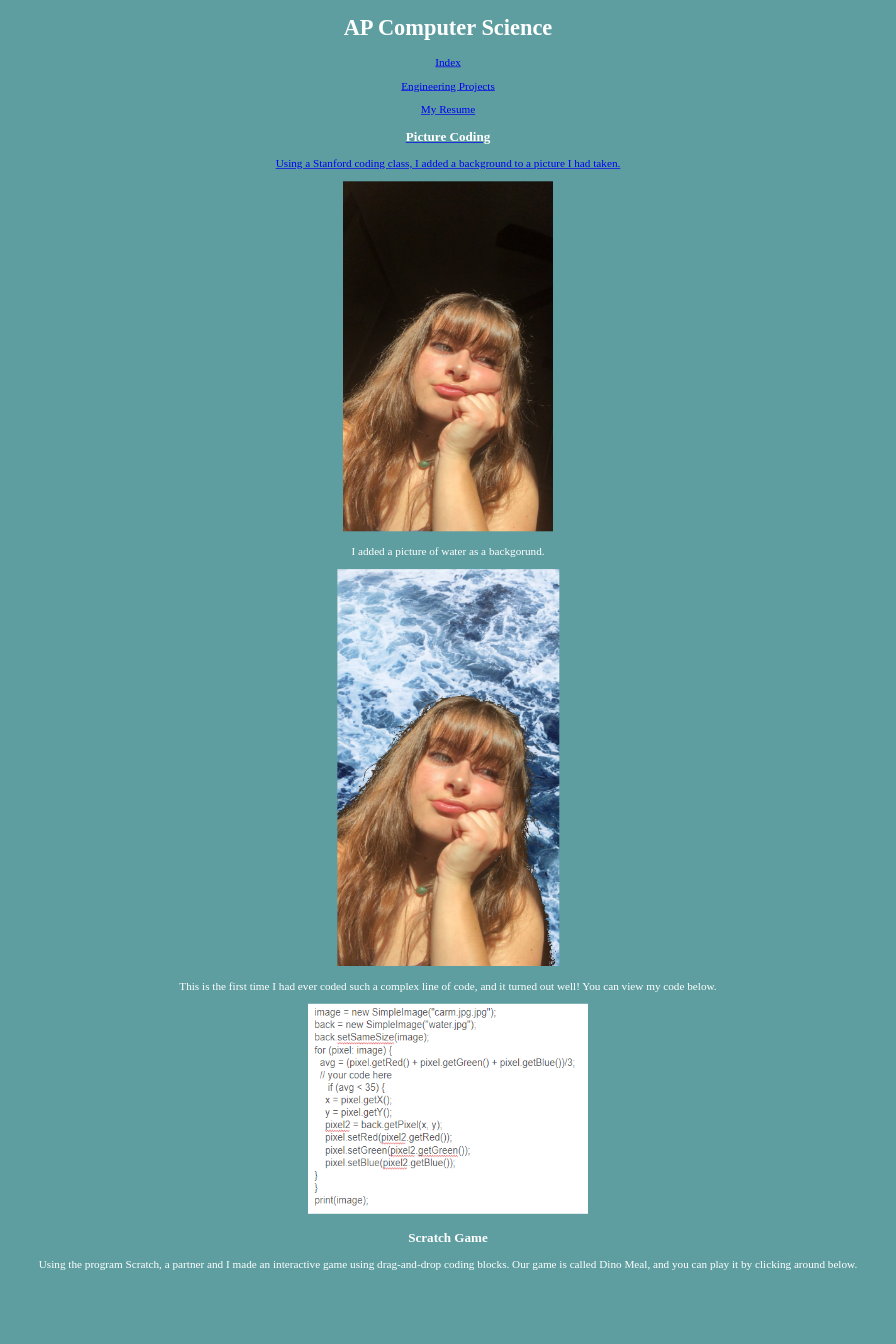
Repository: cdzendzel/cdzendzel.github.io
Page: apcs.html
The author's editor kept a record of every edit. The page is drawn from the files as they stood at one moment, then again after the next edit.
The browser window is 1280 px wide. The pictures show the part of the page from y = 0 to 1920 px (the page is 2910 px tall), at 70% of full size.
Pictures or frames that could not be fetched are drawn as grey boxes.

Above is the page before.

### apcs.html


<!DOCTYPE html>
<html>
     <body style="background-color:cadetblue;">
<head>
<title>Carmela's Webpage</title>
</head>
<body>


<h1 style="text-align:center; color:white;">AP Computer Science</h1>
<p style="text-align:center; color:white;"><a href="index.html" target = "_blank">Index</a></p>
<p style="text-align:center; color:white;"><a href="engineering.html" target = "_blank">Engineering Projects</p>
<p style="text-align:center; color:white;"><a href="resume.html" target = "_blank">My Resume</p>

</body>
<h3 style="text-align:center; color:white;">Picture Coding</h3>

</html>
</body>
</html>

<p style="text-align:center; color:white;">Using a Stanford coding class, I added a background to a picture I had taken.  </a></p>
<center><img src="images/carm.jpg.JPG" alt="Picture of me before coding" width="300" height="500">
</center>
<p style="text-align:center; color:white;">I added a picture of water as a backgorund.  <a></p>
<center><img src="images/carm.water.code.PNG" alt="Picture of me after coding with water as the background"">
</center>
<p style="text-align:center; color:white;">This is the first time I had ever coded such a complex line of code, and it turned out well! You can view my code below.</a></p>
<center><img src="images/pic.code.PNG" alt="Carmela's Picture Code" width="400" height="300">
</center>
<h3 style="text-align:center; color:white;">Scratch Game</h3>
<p style="text-align:center; color:white;">Using the program Scratch, a partner and I made an interactive game using drag-and-drop coding blocks. Our game is called Dino Meal, and you can play it by clicking around below.  </a></p>
<center><iframe src="https://docs.google.com/presentation/d/e/2PACX-1vQlzyCuhyRdYywk_B_c0P-xEZjcl4PeS42tZtRi-OlesZ-Pv65c4r4OaglgzEBHuYl5XDBwqpA1L_Ub/embed?start=false&loop=false&delayms=3000" frameborder="0" width="960" height="569" allowfullscreen="true" mozallowfullscreen="true" webkitallowfullscreen="true" width="500"  height="400"></iframe>
</center>
<h3 style="text-align:center; color:white;">Interactive Fiction Story</h3>
<p style="text-align:center; color:white;">With another pair, I created an interactive fiction story based off the story of the Wizard of Oz.  You can view our code and play our game below.  </a></p>
<center><iframe height="400px" width="100%" src="https://repl.it/@gabib44/Interactive-Story?lite=true" scrolling="no" frameborder="no" allowtransparency="true" allowfullscreen="true" sandbox="allow-forms allow-pointer-lock allow-popups allow-same-origin allow-scripts allow-modals" width="500" height="750"></iframe>
</center>
</body>

After the next edit:
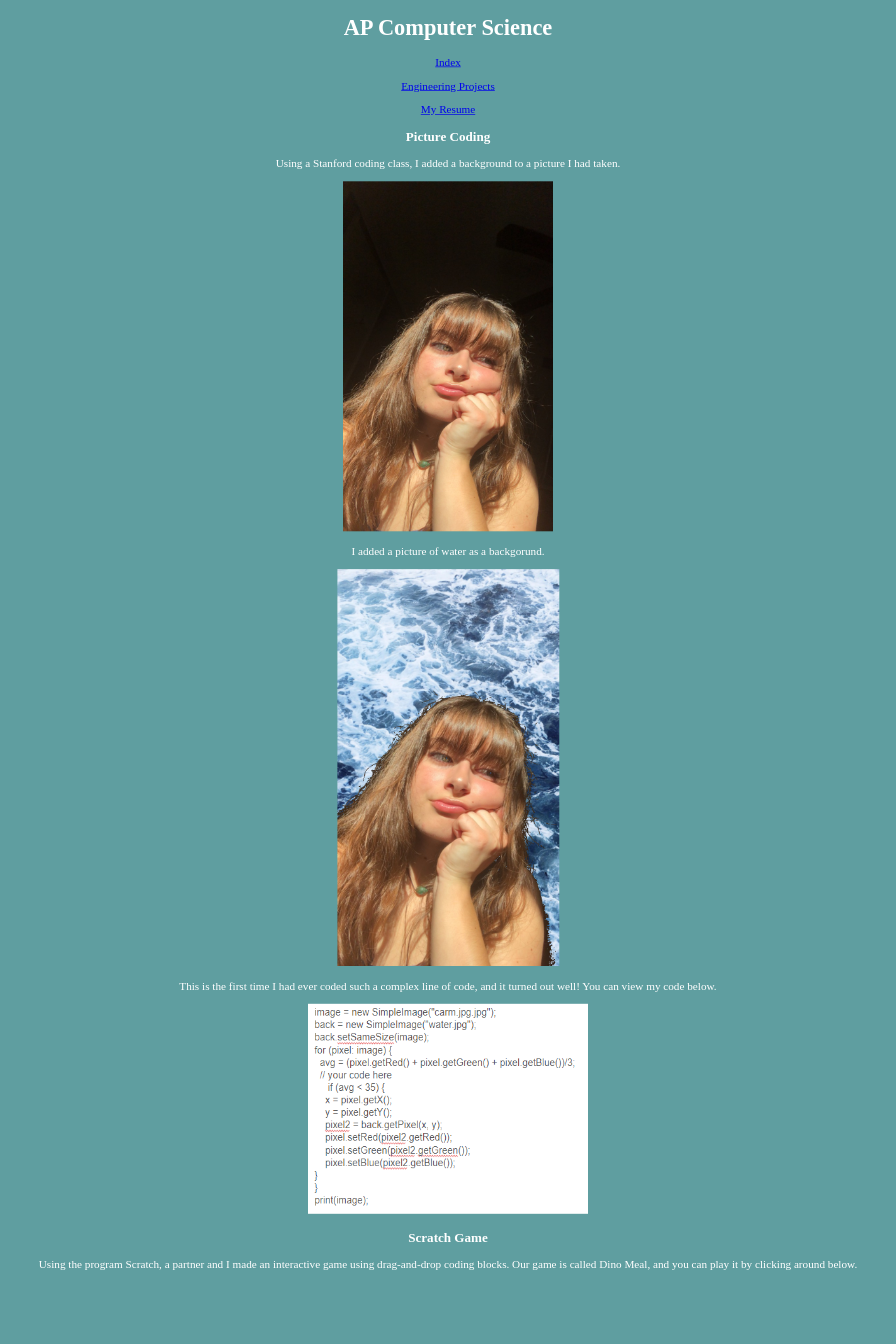
The edit:
--- a/apcs.html
+++ b/apcs.html
@@ -12,7 +12,7 @@
 <h1 style="text-align:center; color:white;">AP Computer Science</h1>
 <p style="text-align:center; color:white;"><a href="index.html" target = "_blank">Index</a></p>
 <p style="text-align:center; color:white;"><a href="engineering.html" target = "_blank">Engineering Projects</p>
-<p style="text-align:center; color:white;"><a href="resume.html" target = "_blank">My Resume</p>
+<p style="text-align:center; color:white;"><a href="resume.html" target = "_blank">My Resume</a></p>
 
 </body>
 <h3 style="text-align:center; color:white;">Picture Coding</h3>
